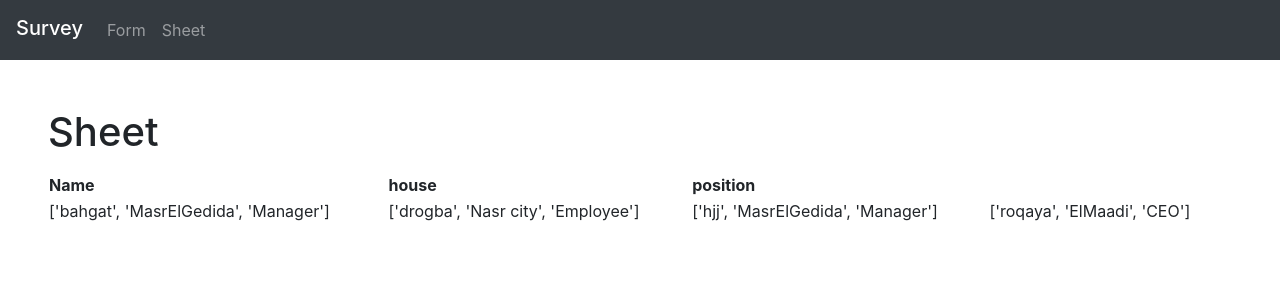
Repository: bahgaat/cs50
Page: http://localhost/sheet
The author's editor kept a record of every edit. The page is drawn from the files as they stood at one moment, then again after the next edit.
The browser window is 1280 px wide. The pictures show the whole page.
The page is served by the project's application, run on Flask 3 (pset7/survey/application.py).

Above is the page before.

After the next edit:
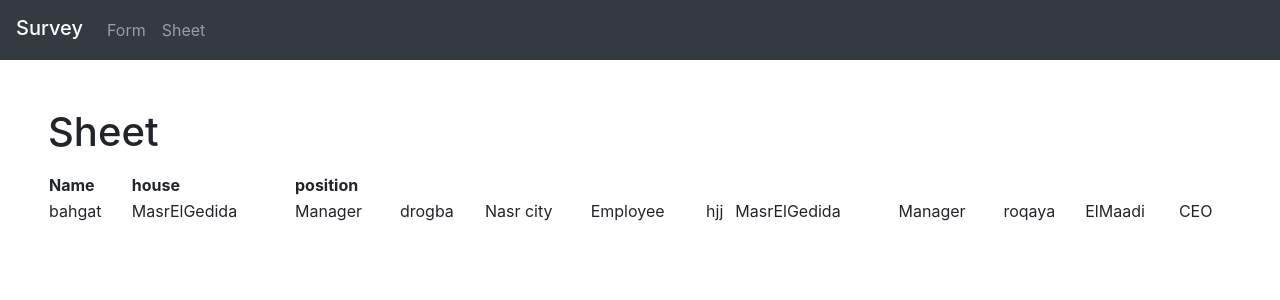
The edit:
--- a/environment/pset7/survey/templates/table.html
+++ b/environment/pset7/survey/templates/table.html
@@ -11,7 +11,9 @@
        <tr>
        {% for student in people %}
 
-           <td>{{ student }}</td>
+           <td>{{ student[0] }}</td>
+           <td>{{ student[1] }}</td>
+           <td>{{ student[2] }}</td>
         {% endfor %}
        </tr>
        </table>
